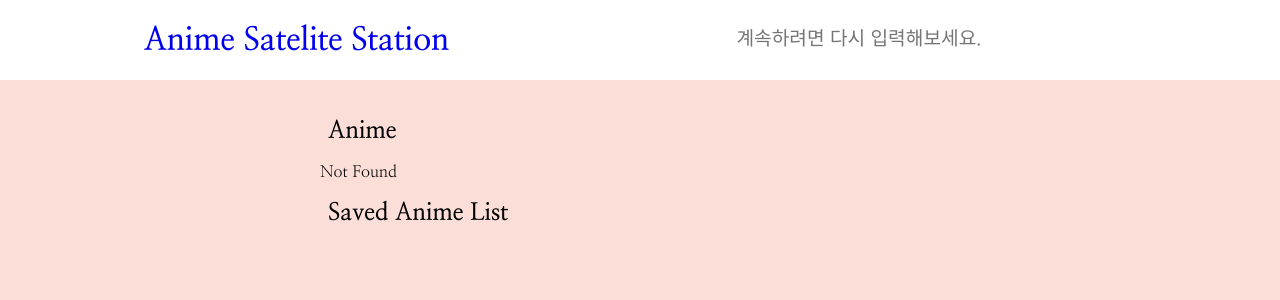
Repository: mireu-san/anime-satelite-station
Page: /
The author's editor kept a copy of each file at every save. The page is drawn from the files as they stood at one save, then again after the next save.
The browser window is 1280 px wide. The pictures show the whole page.
The page's requests for data from a server got no answer. The project was rebuilt for these pictures with package versions that can differ from the ones it lists, and the page was loaded fresh each time. No one was signed in, and anything a server would have sent is missing. Also part of the build but not shown: src/Components/AnimeInfo.js, src/Components/AddBookmark.js, src/Components/RemoveBookmark.js.

Above is the page before, as saved 2022-10-31 18:21:04.

After the next save:
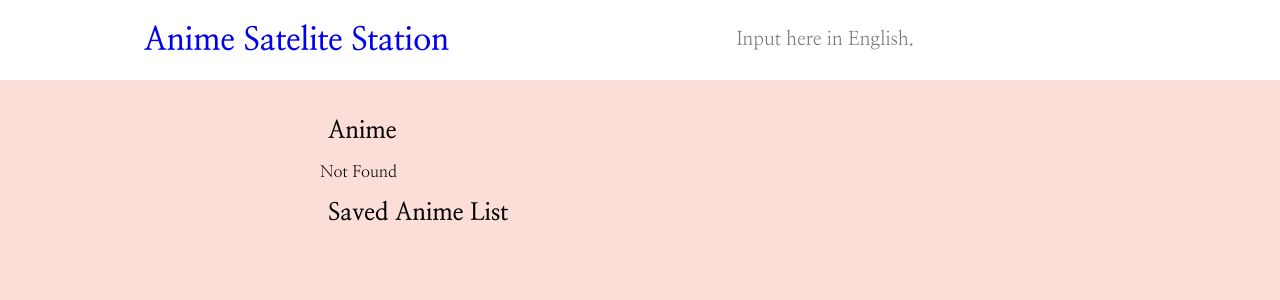
Saved 2 min 18 s later.
--- a/src/App.js
+++ b/src/App.js
@@ -49,7 +49,7 @@ function App() {
         <form className="searchBar">
           <input
             type="search"
-            placeholder="계속하려면 다시 입력해보세요."
+            placeholder="Input here in English."
             onChange={(e) => setSearch(e.target.value)}
           />
         </form>
